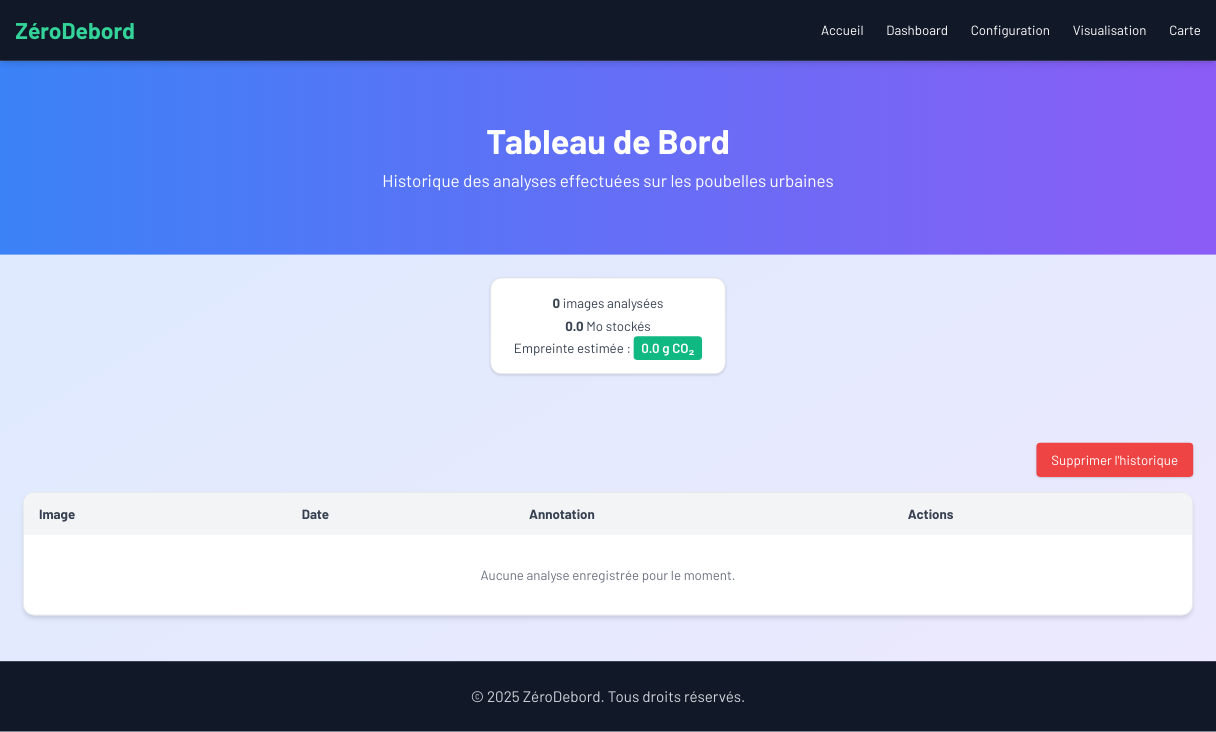
Repository: BaptGBM/MASTERCAMP
Page: http://localhost/dashboard
These files come from the project's save history. The page is drawn as it stood at one moment and after the next save; the edit follows.
The browser window is 1280 px wide. The pictures show the whole page, at 95% of full size.
The page is served by the project's application, run on Flask 3 (app.py). Queries for data that is not in the repository find no rows.

Above is the page before, as saved 2025-07-08 23:09:05.

After the next save:
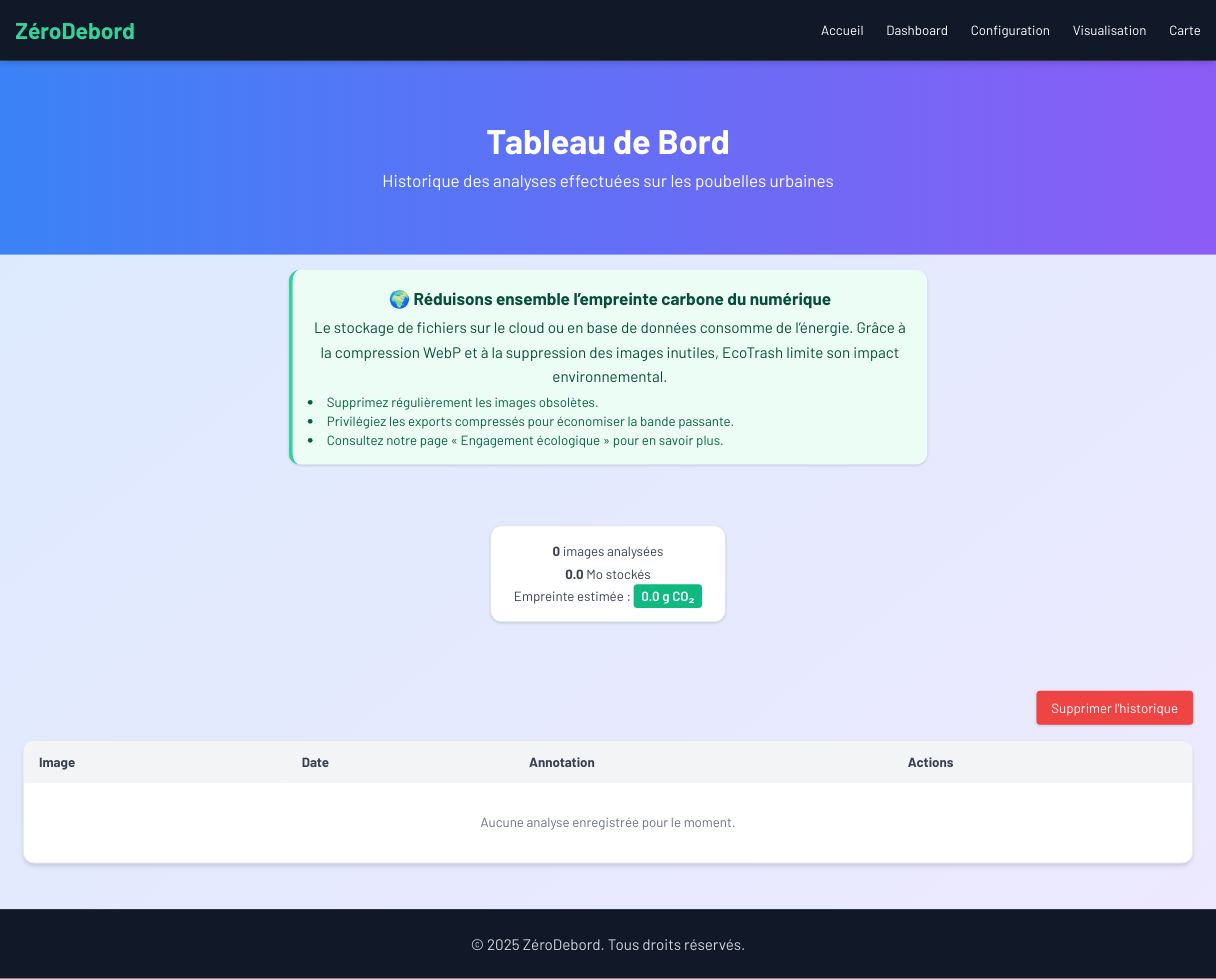
Saved 4 s later.
--- a/templates/dashboard.html
+++ b/templates/dashboard.html
@@ -37,6 +37,18 @@
   <section class="py-16 text-center bg-gradient-to-r from-blue-500 to-purple-500 text-white">
     <h2 class="text-4xl font-bold mb-2">Tableau de Bord</h2>
     <p class="text-lg">Historique des analyses effectuées sur les poubelles urbaines</p>
+  </section>
+
+  <section class="py-4 text-center">
+    <div class="max-w-2xl mx-auto bg-green-50 border-l-4 border-green-400 text-green-900 p-4 rounded-xl shadow mb-6">
+      <h3 class="font-bold text-lg mb-1">🌍 Réduisons ensemble l’empreinte carbone du numérique</h3>
+      <p class="mb-1">Le stockage de fichiers sur le cloud ou en base de données consomme de l’énergie. Grâce à la compression WebP et à la suppression des images inutiles, EcoTrash limite son impact environnemental.</p>
+      <ul class="list-disc list-inside text-left text-green-800 text-sm">
+        <li>Supprimez régulièrement les images obsolètes.</li>
+        <li>Privilégiez les exports compressés pour économiser la bande passante.</li>
+        <li>Consultez notre page « Engagement écologique » pour en savoir plus.</li>
+      </ul>
+    </div>
   </section>
 
 <!-- INDICATEUR GREEN IT -->
